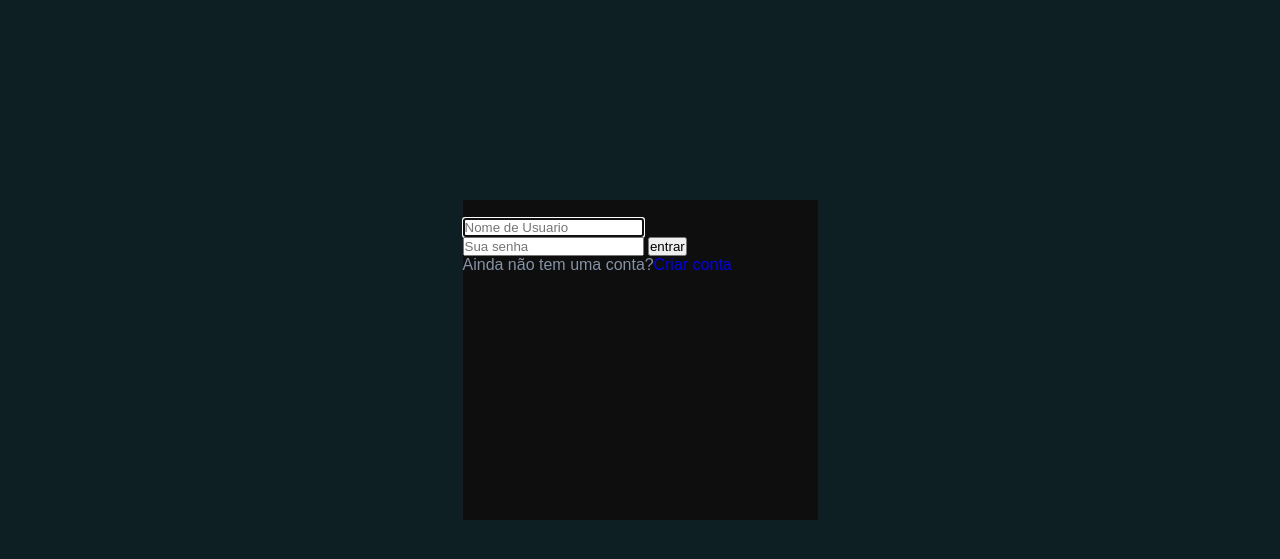
Repository: ichumbo/StarkDashboard
Page: login.html
These files come from the project's save history. The page is drawn as it stood at one moment and after the next save; the edit follows.
The browser window is 1280 px wide. The pictures show the whole page.

Above is the page before, as saved 2023-06-14 00:31:24.

After the next save:
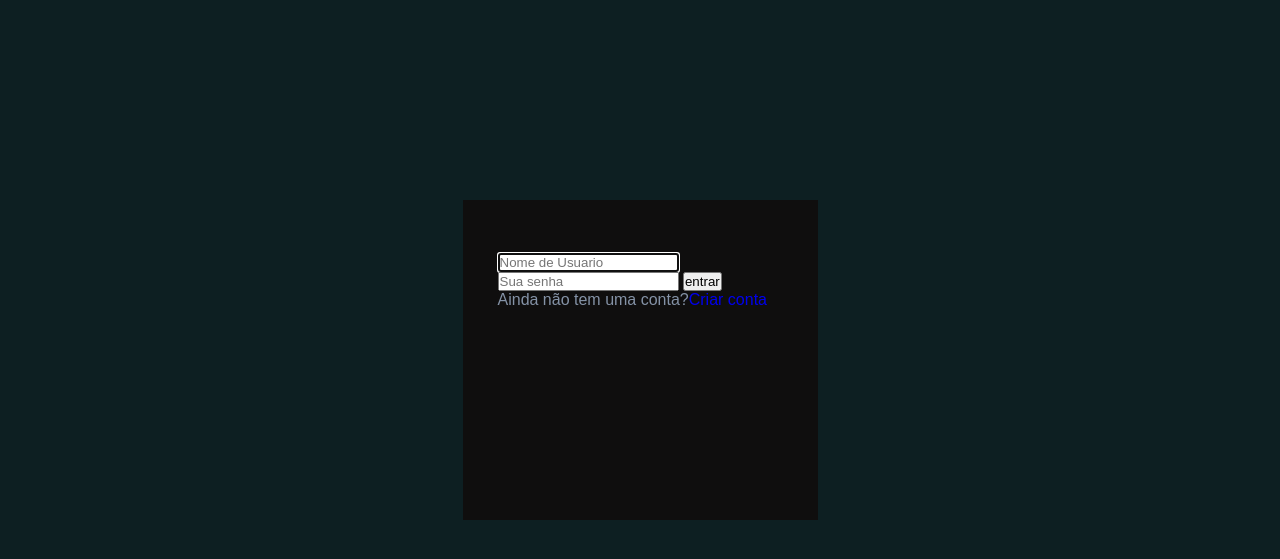
Saved 8 s later.
--- a/css/login.css
+++ b/css/login.css
@@ -14,4 +14,5 @@
     background-color: var(--color-4);
     width: 355px;
     height: 320px;
+    padding: 35px;
 }
